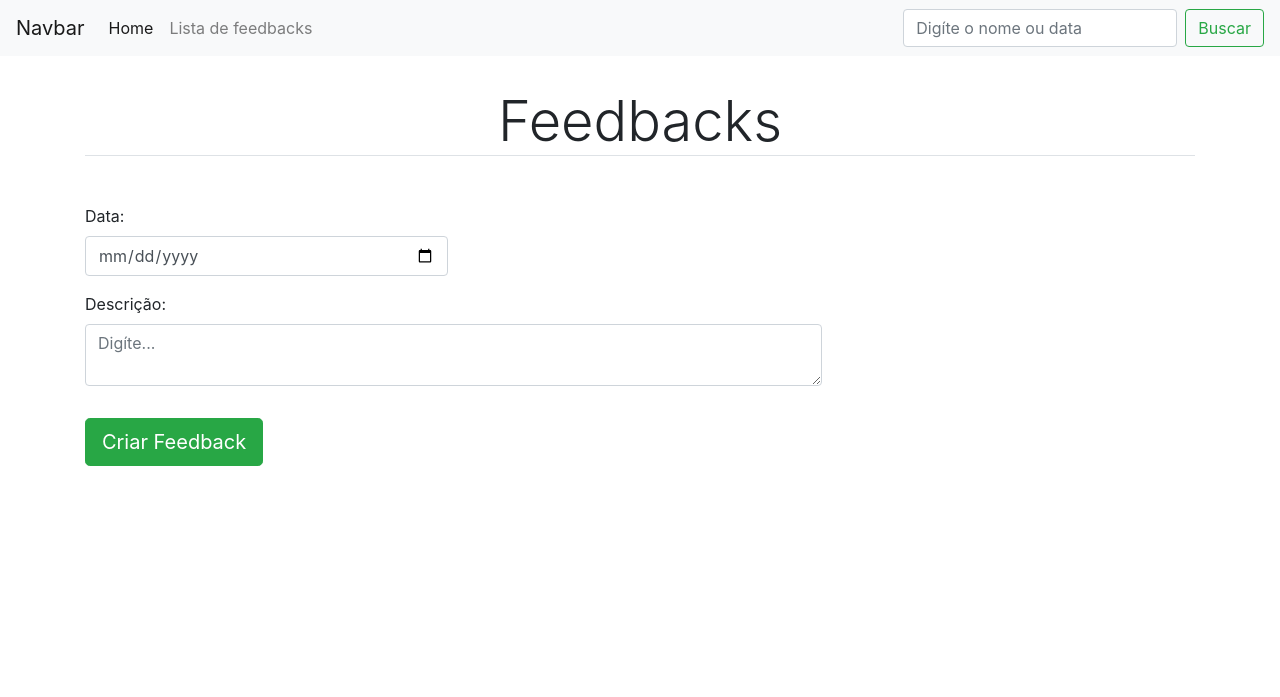
Repository: JulioSantooz/maisViagensSegundaVersao
Page: java-web(eclipse)/java-crud-mais-viagens/src/main/webapp/descricao.html
The author's editor kept a copy of each file at every save. The page is drawn from the files as they stood at one save, then again after the next save.
The browser window is 1280 px wide. The pictures show the whole page.
Some web libraries are served in a nearby version.

Above is the page before, as saved 2022-02-06 15:21:45.

### java-web(eclipse)/java-crud-mais-viagens/src/main/webapp/descricao.html
<!DOCTYPE html>
<html>
<head>
<meta charset="ISO-8859-1">
<link rel="stylesheet" href="https://maxcdn.bootstrapcdn.com/bootstrap/4.0.0/css/bootstrap.css">
<title>+Viagens - Feedbacks</title>
</head>
<body>

<nav class="navbar navbar-expand-lg navbar-light bg-light">
  <a class="navbar-brand" href="#">Navbar</a>
  <button class="navbar-toggler" type="button" data-toggle="collapse" data-target="#navbarSupportedContent" aria-controls="navbarSupportedContent" aria-expanded="false" aria-label="Toggle navigation">
    <span class="navbar-toggler-icon"></span>
  </button>

  <div class="collapse navbar-collapse" id="navbarSupportedContent">
    <ul class="navbar-nav mr-auto">
      <li class="nav-item active">
        <a class="nav-link" href="index.html">Home <span class="sr-only">(current)</span></a>
      </li>
      <li class="nav-item">
        <a class="nav-link" href="#">Lista de feedbacks</a>
      </li>
    </ul>
    <form class="form-inline my-2 my-lg-0">
      <input name="pesquisa" class="form-control mr-sm-2" type="search" placeholder="Digíte o nome ou data" aria-label="Search">
      <button class="btn btn-outline-success my-2 my-sm-0" type="submit">Buscar</button>
    </form>
  </div>
</nav>

<main class="container text-center mt-3">
	<div class="row">
		<div class="col-12">
			<h1 class="display-4 my-3 border-bottom">Feedbacks</h1>
			<form action="CreateAndFind" method="POST">
                <div class="form-row mt-5 d-flex flex-column">
                    <div class="form-group col-4">
                        <label for="" class="float-left">Data:</label>
                        <input name="data" type="date" class="form-control" id="">
                    </div>
                    <div class="form-group col-8">
                        <label for="" class="float-left">Descrição:</label>
                        <textarea name="descricao" class="form-control" id="" row="5" placeholder="Digíte..."></textarea>
                    </div>
                </div>
                <button type="submit" class="btn btn-lg btn-success my-3 float-left">Criar Feedback</button>
            </form>
		</div>
	</div>
</main>


<script src="https://code.jquery.com/jquery-3.2.1.slim.min.js"></script>
<script src="https://cdnjs.cloudflare.com/ajax/libs/popper.js/1.12.9/umd/popper.min.js"></script>
<script src="https://maxcdn.bootstrapcdn.com/bootstrap/4.0.0/js/bootstrap.js"></script>

</body>
</html>

After the next save:
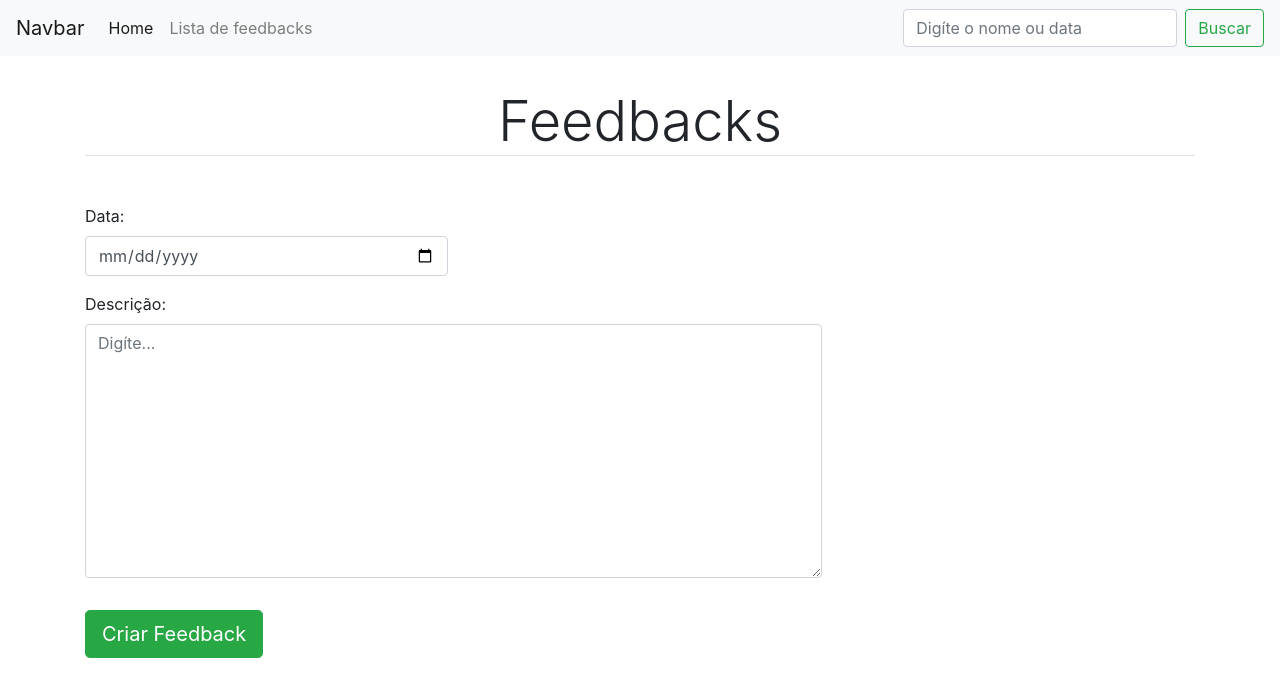
Saved 14 s later.
--- a/java-web(eclipse)/java-crud-mais-viagens/src/main/webapp/descricao.html
+++ b/java-web(eclipse)/java-crud-mais-viagens/src/main/webapp/descricao.html
@@ -41,7 +41,7 @@
                     </div>
                     <div class="form-group col-8">
                         <label for="" class="float-left">Descrição:</label>
-                        <textarea name="descricao" class="form-control" id="" row="5" placeholder="Digíte..."></textarea>
+                        <textarea name="descricao" class="form-control" id="" rows="10" placeholder="Digíte..."></textarea>
                     </div>
                 </div>
                 <button type="submit" class="btn btn-lg btn-success my-3 float-left">Criar Feedback</button>
